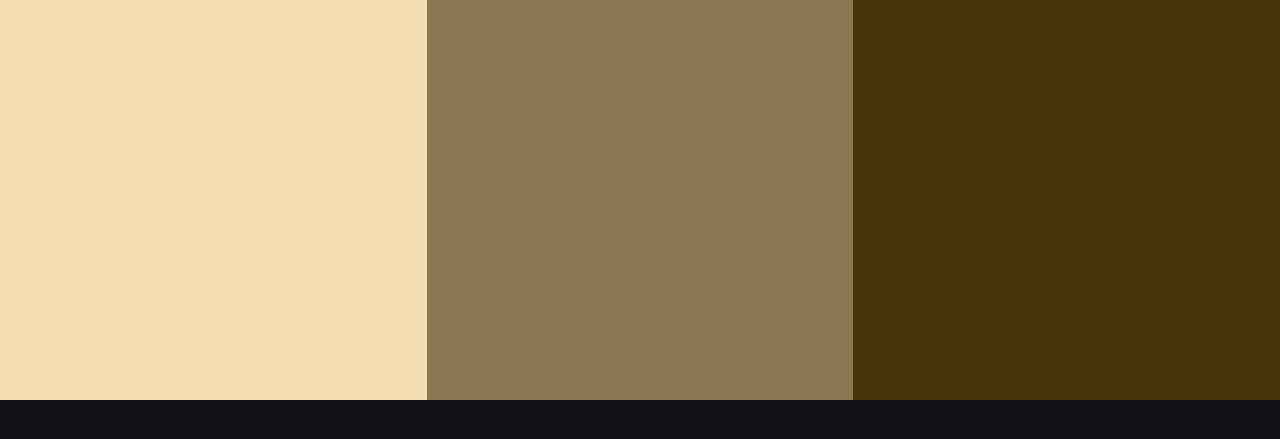
Repository: CryptoFamilyNFT/EpicGamesUI
Page: components/card-3-section/index.html
These files come from the project's save history. The page is drawn as it stood at one moment and after the next save; the edit follows.
The browser window is 1280 px wide. The pictures show the whole page.

Above is the page before, as saved 2024-11-24 13:22:15.

After the next save:
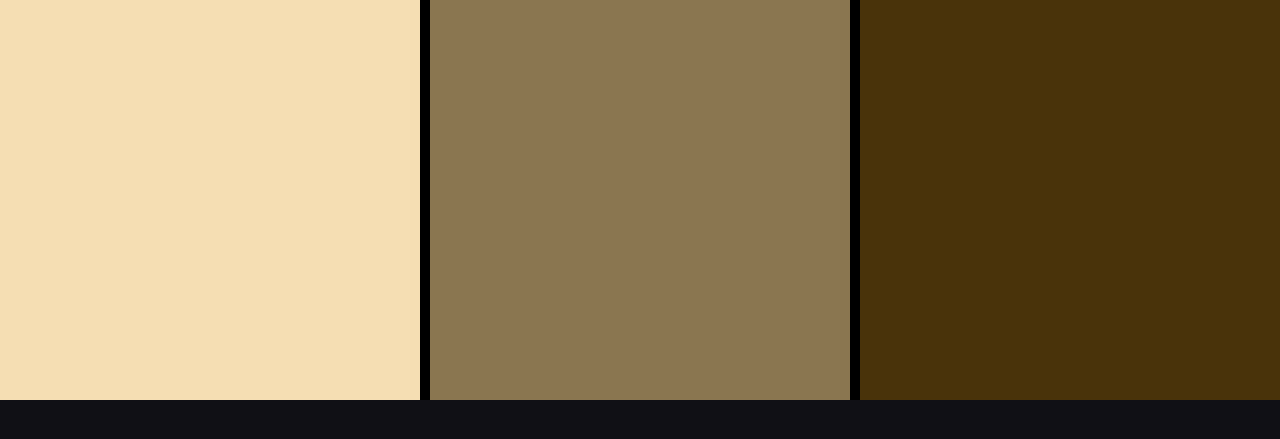
Saved 11 s later.
--- a/components/card-3-section/style.css
+++ b/components/card-3-section/style.css
@@ -13,8 +13,7 @@
 background-color: black;
 display: grid;
 grid-template-columns: repeat(3,1fr);
-
-
+gap: 10px
 }
 
 .card[id="card-1"] {
